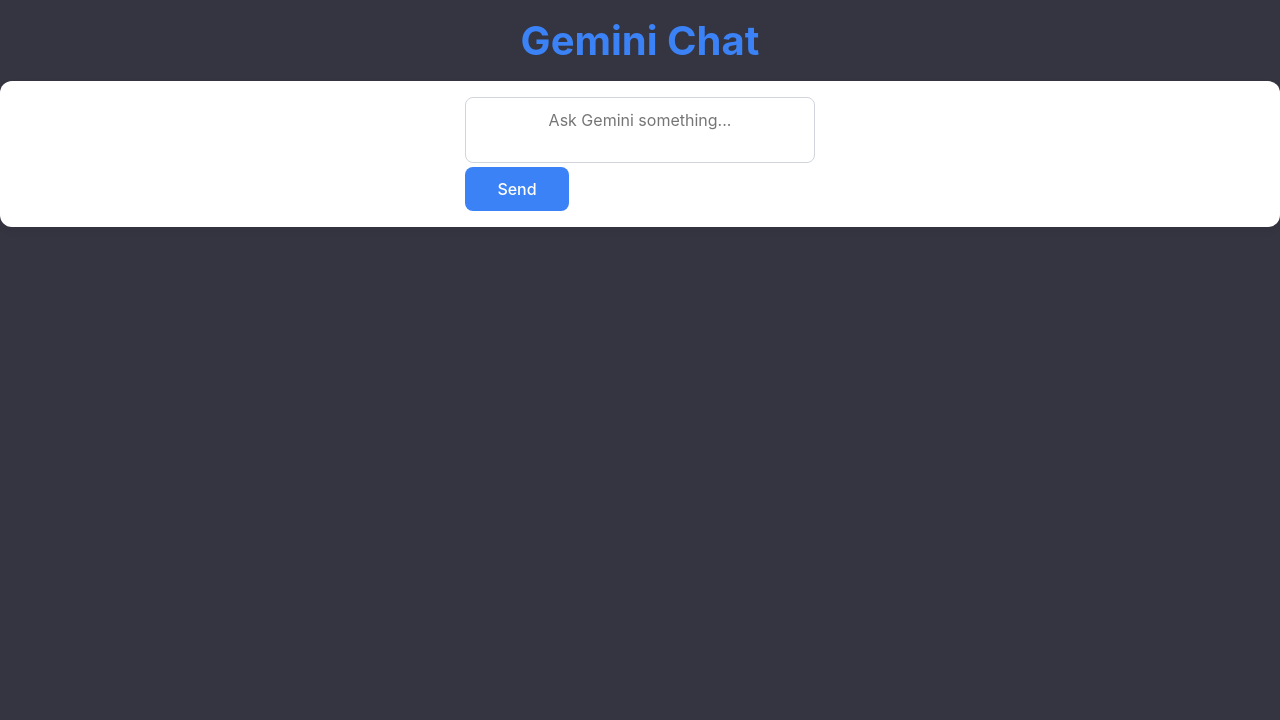
Repository: VanshJaggi12/chatbot1
Page: /
An editor plug-in stored every save of this project. The page is shown before and after the next save, followed by the edit.
The browser window is 1280 px wide. The pictures show the whole page.
The project was rebuilt for these pictures with package versions that can differ from the ones it lists, and the page was loaded fresh each time. Also part of the build but not shown: vite.config.js.

Above is the page before, as saved 2026-03-11 02:17:48.

### src/main.jsx
import React from "react";
import ReactDOM from "react-dom/client";

import App from "./App";

import "./index.css";

ReactDOM.createRoot(
  document.getElementById("root")
).render(

  <React.StrictMode>
    <App />
  </React.StrictMode>

);

### src/App.jsx
import { useState, useRef, useEffect } from "react";
import "./App.css";
import SendIcon from '@mui/icons-material/Send';
import { Button } from '@mui/material';
import axios from "axios";
import ReactMarkdown from "react-markdown";

function App() {
  const [chatHistory, setChatHistory] = useState([]);
  const [question, setQuestion] = useState("");
  const [generatingAnswer, setGeneratingAnswer] = useState(false);
  const chatContainerRef = useRef(null);

  useEffect(() => {
    if (chatContainerRef.current) {
      chatContainerRef.current.scrollTop = chatContainerRef.current.scrollHeight;
    }
  }, [chatHistory, generatingAnswer]);

  async function generateAnswer(e) {
    e.preventDefault();
    if (!question.trim()) return;

    setGeneratingAnswer(true);
    const currentQuestion = question;
    setQuestion("");

    setChatHistory((prev) => [...prev, { type: "question", content: currentQuestion }]);

    try {
      const response = await axios.post(
        `https://generativelanguage.googleapis.com/v1beta/models/gemini-2.0-flash:generateContent?key=AIzaSyAGcHZ25pUONsiURhlBHE8_ULrGzQh97sE`,
        {
          contents: [
            {
              parts: [{ text: currentQuestion }],
            },
          ],
        },
        {
          headers: {
            "Content-Type": "application/json",
          },
        }
      );

      const aiResponse =
        response.data.candidates?.[0]?.content?.parts?.[0]?.text || "No response";
      setChatHistory((prev) => [...prev, { type: "answer", content: aiResponse }]);
    } catch (error) {
      console.error("Error:", error);
      setChatHistory((prev) => [
        ...prev,
        { type: "answer", content: "Error occurred. Try again!" },
      ]);
    }
    setGeneratingAnswer(false);
  }

  return (
    <div className="fixed inset-0 bg-gradient-to-r from-blue-50 to-blue-100">
      <div className="h-full max-w-4xl mx-auto flex flex-col p-3">
        <header className="text-center py-4">
          <h1 className="text-4xl font-bold text-blue-500">Gemini Chat</h1>
        </header>

        <div
          ref={chatContainerRef}
          className="flex-1 overflow-y-auto mb-4 rounded-lg bg-white shadow-lg p-4"
        >
          {chatHistory.map((chat, index) => (
            <div
              key={index}
              className={`mb-4 ${chat.type === "question" ? "text-right" : "text-left"}`}
            >
              <div
                className={`inline-block max-w-[80%] p-3 rounded-lg ${
                  chat.type === "question"
                    ? "bg-blue-500 text-white rounded-br-none"
                    : "bg-gray-100 text-gray-800 rounded-bl-none"
                }`}
              >
                <ReactMarkdown>{chat.content}</ReactMarkdown>
              </div>
            </div>
          ))}
          {generatingAnswer && (
            <div className="text-left">
              <div className="inline-block bg-gray-100 p-3 rounded-lg animate-pulse">
                Thinking...
              </div>
            </div>
          )}
        </div>

        <form onSubmit={generateAnswer} className="bg-white rounded-lg shadow-lg p-4">
          <div className="flex gap-2">
            <textarea
              required
              className="flex-1 border border-gray-300 rounded p-3"
              value={question}
              onChange={(e) => setQuestion(e.target.value)}
              placeholder="Ask Gemini something..."
              rows="2"
              onKeyDown={(e) => {
                if (e.key === "Enter" && !e.shiftKey) {
                  e.preventDefault();
                  generateAnswer(e);
                }
              }}
            ></textarea>
            <button
              type="submit"
              className={`px-6 py-2 bg-blue-500 text-white rounded-md hover:bg-blue-600 ${
                generatingAnswer ? "opacity-50 cursor-not-allowed" : ""
              }`}
              disabled={generatingAnswer}
            >
              Send
            </button>
          </div>
        </form>
      </div>
    </div>
  );
}

export default App;

### src/index.css
*{
  margin:0;
  padding:0;
  box-sizing:border-box;
  font-family:"Inter",sans-serif;
}

body{
  background:#343541;
  color:white;
}

### src/App.css
/* App.css */

* {
  box-sizing: border-box;
}

body,
html {
  margin: 0;
  padding: 0;
  font-family: 'Segoe UI', Tahoma, Geneva, Verdana, sans-serif;
  background: linear-gradient(to right, #e0f2fe, #f0f9ff);
  height: 100%;
}

/* Scrollbar hidden */
.hide-scrollbar::-webkit-scrollbar {
  display: none;
}
.hide-scrollbar {
  -ms-overflow-style: none;
  scrollbar-width: none;
}

.chat-container {
  max-width: 800px;
  margin: 0 auto;
  height: 100vh;
  display: flex;
  flex-direction: column;
  padding: 1rem;
}

/* Header */
header {
  text-align: center;
  padding: 1rem 0;
}

header h1 {
  font-size: 2.5rem;
  font-weight: bold;
  color: #3b82f6;
  transition: color 0.3s;
}

header h1:hover {
  color: #2563eb;
}

/* Chat area */
.chat-box {
  flex: 1;
  overflow-y: auto;
  background: white;
  border-radius: 12px;
  padding: 1rem;
  box-shadow: 0 4px 8px rgba(0, 0, 0, 0.1);
  margin-bottom: 1rem;
  display: flex;
  flex-direction: column;
}

/* Message wrappers */
.message {
  margin-bottom: 1rem;
  display: flex;
  flex-direction: column;
}

.message.question {
  align-items: center;
}

.message.answer {
  align-items: flex-start;
}

/* Message bubbles */
.bubble {
  padding: 0.75rem 1rem;
  border-radius: 1rem;
  max-width: 70%;
  word-wrap: break-word;
  overflow-x: auto;
  font-size: 1rem;
  line-height: 1.5;
  box-shadow: 0 2px 6px rgba(0, 0, 0, 0.08);
}

.bubble.question {
  background-color: #3b82f6;
  color: white;
  border-bottom-right-radius: 0;
}

.bubble.answer {
  background-color: #f3f4f6;
  color: #111827;
  border-bottom-left-radius: 0;
}

/* Typing animation bubble */
.typing {
  display: inline-block;
  background-color: #f3f4f6;
  padding: 0.75rem 1rem;
  border-radius: 1rem;
  font-size: 1rem;
  animation: pulse 1.5s infinite ease-in-out;
  color: #4b5563;
  max-width: fit-content;
}

@keyframes pulse {
  0% {
    opacity: 0.3;
  }
  50% {
    opacity: 1;
  }
  100% {
    opacity: 0.3;
  }
}

/* Input form */
form {
  background-color: white;
  padding: 1rem;
  border-radius: 12px;
  box-shadow: 0 4px 8px rgba(0, 0, 0, 0.05);
  display: flex;
  flex-direction: column;
  align-items: center;
  gap: 1rem;
}

/* Centered textarea */
textarea {
  width: 100%;
  max-width: 600px;
  border: 1px solid #d1d5db;
  border-radius: 0.5rem;
  padding: 0.75rem;
  resize: none;
  font-size: 1rem;
  outline: none;
  text-align: center;
  transition: border 0.2s, box-shadow 0.2s;
}

/* Center on focus */
textarea:focus {
  border-color: #3b82f6;
  box-shadow: 0 0 0 2px #3b82f6;
  text-align: center;
}

/* Centered button */
button {
  background-color: #3b82f6;
  color: white;
  padding: 0.75rem 2rem;
  font-weight: 500;
  border: none;
  border-radius: 0.5rem;
  cursor: pointer;
  transition: background 0.3s;
  align-self: center;
  font-size: 1rem;
}

/* On hover */
button:hover {
  background-color: #2563eb;
}

/* Disabled button style */
button:disabled {
  background-color: #93c5fd;
  cursor: not-allowed;
}

Loaded but not shown: index.html (common file)

After the next save:
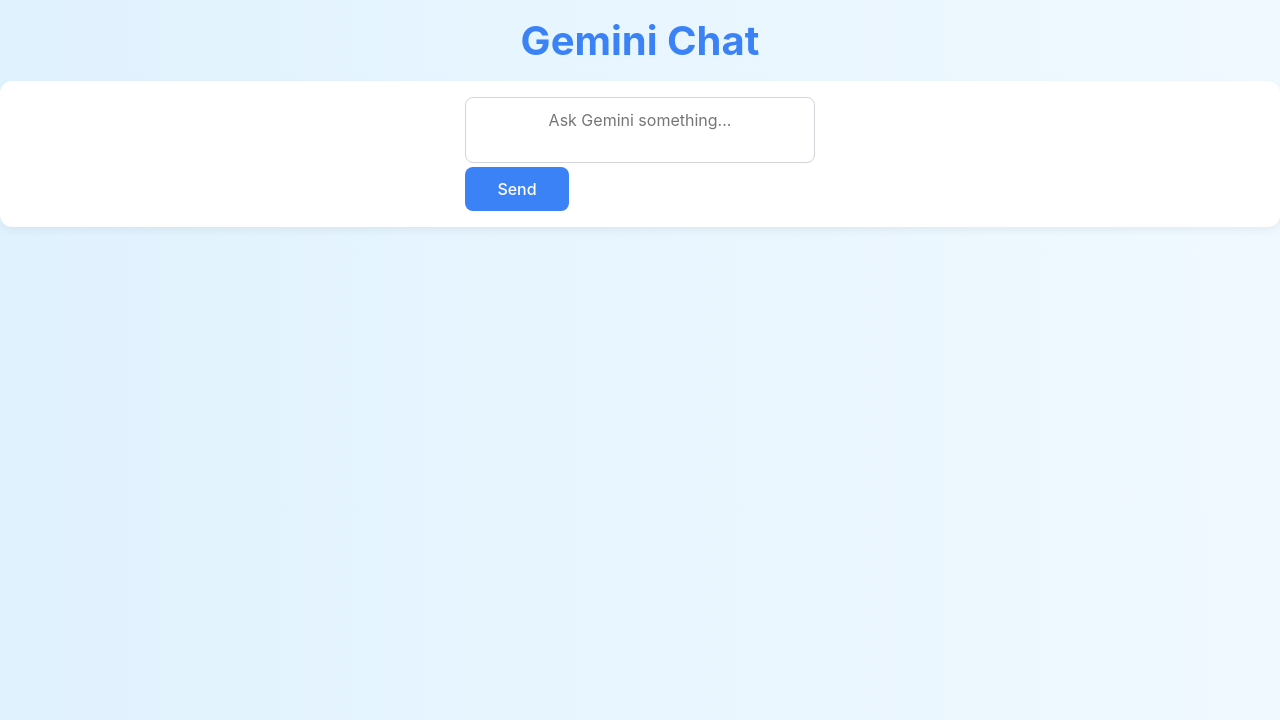
Saved 14 s later.
--- a/src/main.jsx
+++ b/src/main.jsx
@@ -1,16 +1,16 @@
-import React from "react";
-import ReactDOM from "react-dom/client";
+import { StrictMode } from 'react'
+import { createRoot } from 'react-dom/client'
+import './index.css'
+import App from './App.jsx'
 
-import App from "./App";
+import '@fontsource/roboto/300.css';
+import '@fontsource/roboto/400.css';
+import '@fontsource/roboto/500.css';
+import '@fontsource/roboto/700.css';
 
-import "./index.css";
 
-ReactDOM.createRoot(
-  document.getElementById("root")
-).render(
-
-  <React.StrictMode>
+createRoot(document.getElementById('root')).render(
+  <StrictMode>
     <App />
-  </React.StrictMode>
-
-);
+  </StrictMode>,
+)
